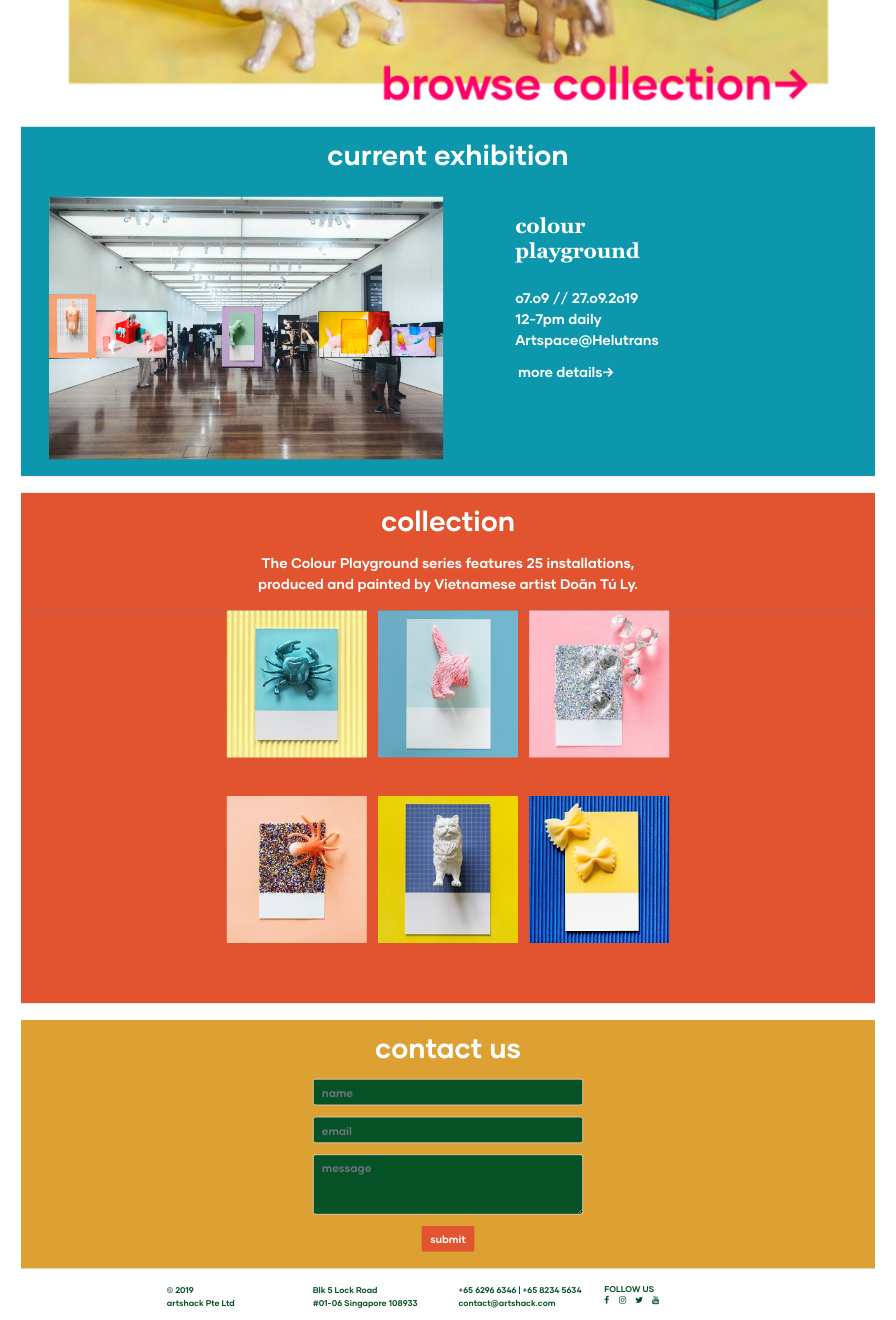
Repository: lynette-lyf/artshack
Page: index.html
The author's editor kept a record of every edit. The page is drawn from the files as they stood at one moment, then again after the next edit.
The browser window is 1280 px wide. The pictures show the part of the page from y = 883 to 2803 px (the page is 2769 px tall before and 2803 px after), at 70% of full size.

Above is the page before.

After the next edit:
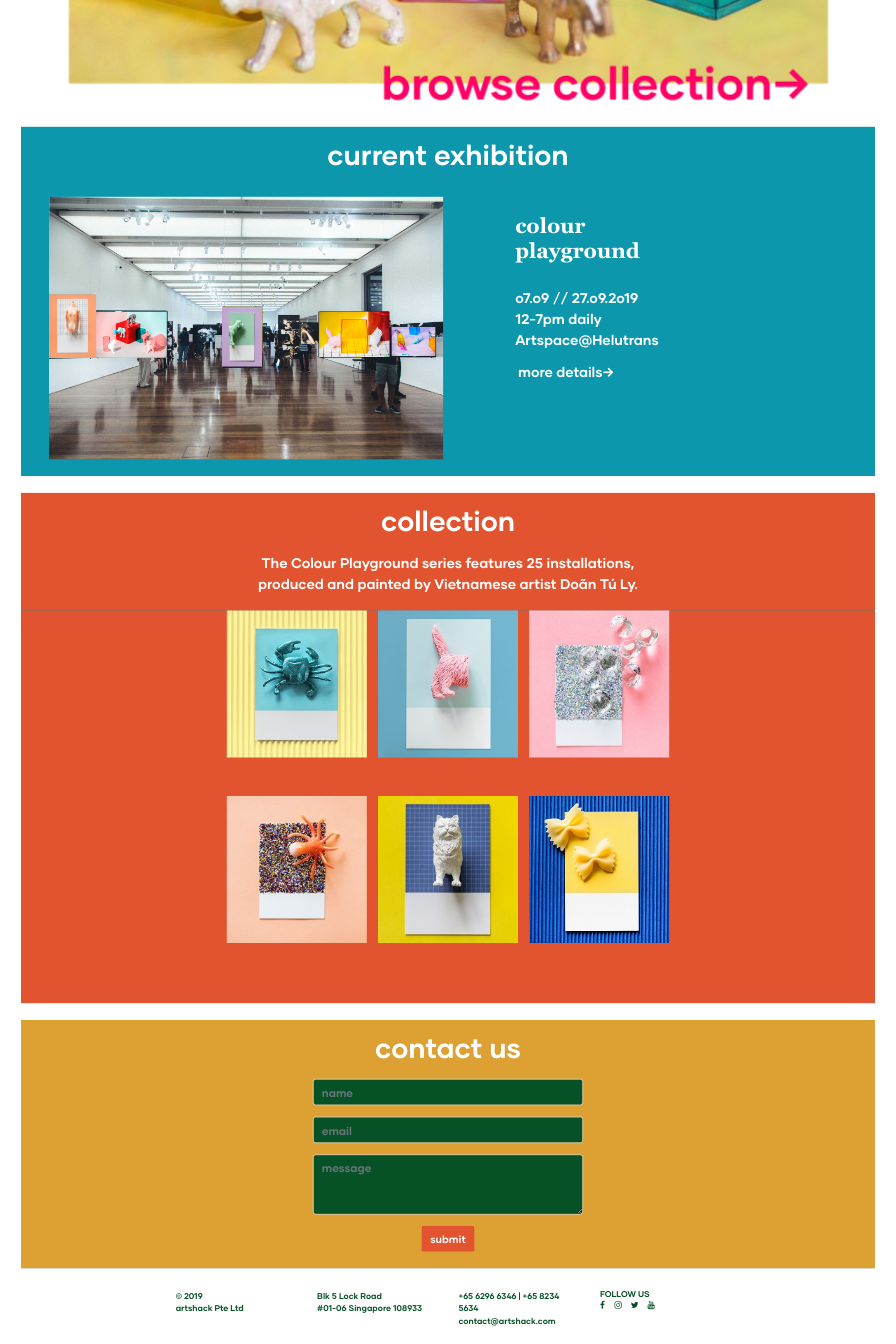
The edit:
--- a/index.html
+++ b/index.html
@@ -497,7 +497,7 @@
 <!--Page footer-->
   <div class="container-fluid-footer">
   <div class="box">&nbsp;</div>
-            <div class="row justify-content-center pt-1">
+            <div class="row justify-content-center pt-1 mx-1 mt-2 mb-2">
               <div class="column col-xl-2 col-lg-2 col-md-3 col-sm-10">
 <p class="copyright">© 2019<br>artshack Pte Ltd</p>
 </div>
